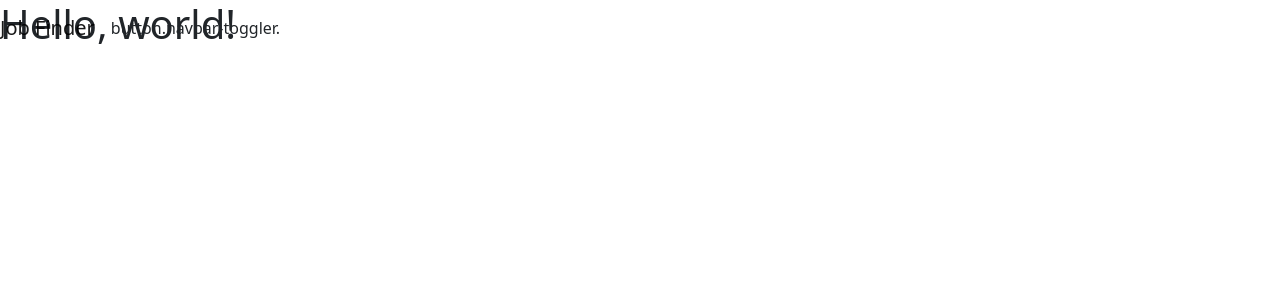
Repository: doncsar/couse-jobfinder-app
Page: templates/index.html
These files come from the project's save history. The page is drawn as it stood at one moment and after the next save; the edit follows.
The browser window is 1280 px wide. The pictures show the whole page.

Above is the page before, as saved 2023-12-17 10:45:25.

### templates/index.html
<!DOCTYPE html>
<html lang="en">
<head>
   <meta charset="UTF-8">
   <meta name="viewport" content="width=device-width, initial-scale=1.0">
   <title>Job Finder</title>
    <link href="https://cdn.jsdelivr.net/npm/bootstrap@5.2.3/dist/css/bootstrap.min.css" rel="stylesheet" integrity="sha384-rbsA2VBKQhggwzxH7pPCaAqO46MgnOM80zW1RWuH61DGLwZJEdK2Kadq2F9CUG65" crossorigin="anonymous">
    <link rel="stylesheet" href="../public/css/styles.css">
  </head>
  <body>
     <header>
       <nav class="navbar fixed-top navbar-expand-lg" navbar-light bg-light>
        <a href="index.html" class="navbar-brand">Job Finder</a>
        button.navbar-toggler.
       </nav>
     </header>
    <h1>Hello, world!</h1>
    <script src="https://cdn.jsdelivr.net/npm/bootstrap@5.2.3/dist/js/bootstrap.bundle.min.js" integrity="sha384-kenU1KFdBIe4zVF0s0G1M5b4hcpxyD9F7jL+jjXkk+Q2h455rYXK/7HAuoJl+0I4" crossorigin="anonymous"></script>
  </body>
</html>

### public/css/styles.css
* {
   box-sizing: border-box;
   padding: 0;
   margin: 0;
}

After the next save:
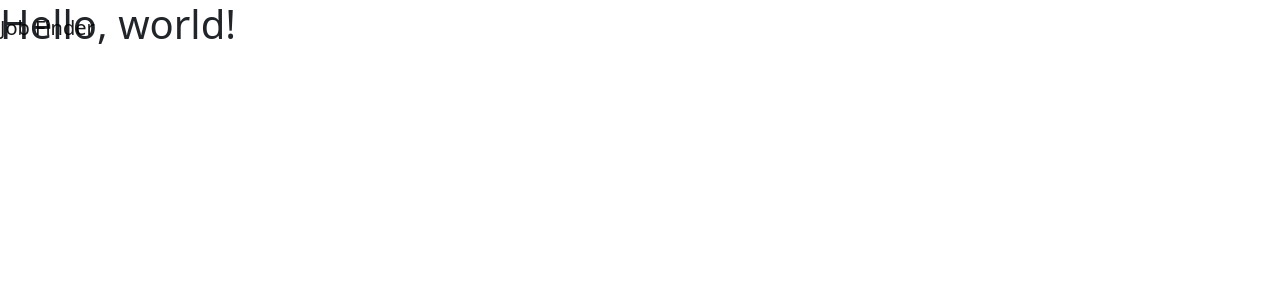
Saved 13 s later.
--- a/templates/index.html
+++ b/templates/index.html
@@ -11,7 +11,7 @@
      <header>
        <nav class="navbar fixed-top navbar-expand-lg" navbar-light bg-light>
         <a href="index.html" class="navbar-brand">Job Finder</a>
-        button.navbar-toggler.
+        <button class="navbar-toggler"></button>
        </nav>
      </header>
     <h1>Hello, world!</h1>
